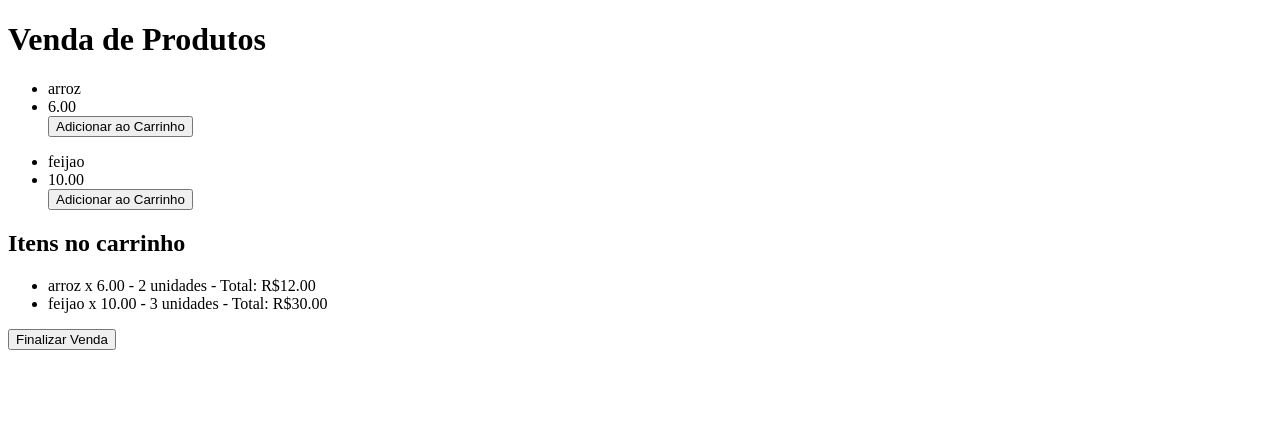
Repository: joaobatistafrontend/test-venda
Page: http://localhost/
The author's editor kept a copy of each file at every save. The page is drawn from the files as they stood at one save, then again after the next save.
The browser window is 1280 px wide. The pictures show the whole page.
The page is served by the project's application, run on Django 4.2 (manage.py). Other server files are loaded and not shown. The page reads the database file committed with the project. Queries for data that is not in the repository find no rows.

Above is the page before, as saved 2024-09-23 01:10:48.

### templates/venda.html
<!DOCTYPE html>
<html lang="en">
<head>
    <meta charset="UTF-8">
    <meta name="viewport" content="width=device-width, initial-scale=1.0">
    <title>Venda de Produtos</title>
</head>
<body>
    <h1>Venda de Produtos</h1>

    <!-- Exibição dos produtos disponíveis -->
    {% for p in produtos %}
        <ul>
            <li>{{ p.nome }}</li>
            <li>{{ p.valor }}</li>

            <!-- Formulário para adicionar o produto ao carrinho -->
            <form action="" method="post">
                {% csrf_token %}
                <input type="hidden" name="produto_id" value="{{ p.id }}">
                <button class="btn btn-primary" type="submit">Adicionar ao Carrinho</button>
            </form>
        </ul>
    {% endfor %}

    <!-- Exibição do conteúdo do carrinho -->
    <h2>Itens no carrinho</h2>
    <ul>
        {% for item in item %}
            <li>{{ item.produto }} - {{ item.quantidade }} unidades - Total: R${{ item.preco_total }}</li>
        {% endfor %}
        <p>{{total}}</p>
    </ul>

    <!-- Botão para finalizar a venda -->
    <form action="{% url 'finalizar_venda' %}" method="post">
        {% csrf_token %}
        <button type="submit" class="btn btn-success">Finalizar Venda</button>
    </form>

</body>
</html>

### core/models.py
from django.db import models
from django.db.models import Max
from decimal import Decimal
from django.db.models.signals import pre_save
from django.dispatch import receiver
from datetime import date
from django.utils import timezone


class NovaCategoria(models.Model):
    nome = models.CharField(max_length=100)
    def __str__(self) -> str:
        return f'{self.nome}'


class Produto(models.Model):
    nome = models.CharField(max_length=100, blank=True, null=True)
    valor = models.DecimalField(max_digits=10, decimal_places=2, blank=True, null=True)
    tipo_categoria = models.ForeignKey(NovaCategoria, on_delete=models.CASCADE)

    def __str__(self):
        return f"{self.nome} x {self.valor}"


class ItemDoCarrinho(models.Model):
    produto = models.ForeignKey(Produto, on_delete=models.CASCADE)
    quantidade = models.PositiveIntegerField(default=0)
    preco_total = models.DecimalField(max_digits=10, decimal_places=2, null=True, blank=True)

    def save(self, *args, **kwargs):
        # Calcula o preço total do item no carrinho com base no valor do produto
        self.preco_total = self.produto.valor * self.quantidade
        super(ItemDoCarrinho, self).save(*args, **kwargs)

    def __str__(self):
        return f"{self.quantidade} x {self.produto.nome}"

class Carrinho(models.Model):

    produto = models.ForeignKey(Produto, on_delete=models.CASCADE)
    quantidade = models.IntegerField(default=1)

    def save(self, *args, **kwargs):
        # Calcula o preço total do item no carrinho com base no valor do produto
        self.preco_total = self.produto.valor * self.quantidade
        super(Carrinho, self).save(*args, **kwargs)

    def __str__(self):
        return f"{self.quantidade} x {self.produto.nome}"


class Venda(models.Model):
    numero_venda = models.IntegerField()
    data_venda = models.DateField(default=date.today)

    def __str__(self):
        return f"Venda #{self.numero_venda} - {self.data_venda}"


class VendaDoProduto(models.Model):
    venda = models.ForeignKey(Venda, on_delete=models.CASCADE, related_name='itens', blank=True, null=True)
    produto = models.ForeignKey(Produto, on_delete=models.CASCADE)
    qtd = models.IntegerField(blank=True, null=True)
    data_venda = models.DateField()  # Remova auto_now_add=True
    total = models.DecimalField(max_digits=10, decimal_places=2, blank=True, null=True)

    def __str__(self):
        return f"Venda {self.venda} - Produto {self.produto.nome} - {self.qtd} unidades - Total: R${self.total} - Data {self.data_venda}"




# Função que será chamada antes de salvar uma instância de VendaDoProduto
@receiver(pre_save, sender=VendaDoProduto)
def update_total(sender, instance, **kwargs):
    # Verifica se o produto e a quantidade não são nulos e calcula o total
    if instance.produto.valor and instance.qtd:
        instance.total = instance.produto.valor * instance.qtd
    else:
        instance.total = 0  # Define total como 0 se valor ou qtd forem nulos

### core/venda.py
from django.shortcuts import render, redirect
from django.views.generic import TemplateView
from .models import Produto, Carrinho, ItemDoCarrinho, Venda, VendaDoProduto
from django.utils import timezone
from django.db.models import Max

class VendaView(TemplateView):
    template_name = 'venda.html'

    def get(self, request):
        produtos = Produto.objects.all()
        carrinho = Carrinho.objects.all()  # Pega os itens do carrinho
        item = ItemDoCarrinho.objects.all()

        total = sum(item.produto.valor * item.quantidade for item in carrinho)

        vendas = VendaDoProduto.objects.all()

        return render(request, self.template_name, {'produtos': produtos, 'carrinho': carrinho, 'item' : item, 'vendas' : vendas})

    def post(self, request):
        # Quando o botão "Adicionar ao Carrinho" for pressionado
        produto_id = request.POST.get('produto_id')
        produto = Produto.objects.get(id=produto_id)

        # Adiciona ou atualiza o produto no carrinho
        carrinho_item, created = ItemDoCarrinho.objects.get_or_create(produto=produto)
        if not created:
            carrinho_item.quantidade += 1  # Incrementa a quantidade se o item já estiver no carrinho
        carrinho_item.save()

        # Redireciona para a mesma página após adicionar o produto
        return redirect('venda')

# Função para finalizar a venda e criar a instância de Venda e VendaDoProduto
def finalizar_venda(request):
    itens_do_carrinho = ItemDoCarrinho.objects.all()

    if itens_do_carrinho.exists():
        # Criar uma nova venda
        nova_venda = Venda.objects.create(numero_venda=get_proximo_numero_venda(), data_venda=timezone.now())

        # Para cada item no carrinho, cria um VendaDoProduto
        for item in itens_do_carrinho:
            VendaDoProduto.objects.create(
                venda=nova_venda,
                produto=item.produto,
                qtd=item.quantidade,
                data_venda=timezone.now(),
                total=item.preco_total
            )

        # Limpa o carrinho após a venda
        itens_do_carrinho.delete()

    return redirect('venda')  # Redireciona para uma página de sucesso

def get_proximo_numero_venda():
    ultima_venda = Venda.objects.aggregate(Max('numero_venda'))
    proximo_numero = (ultima_venda['numero_venda__max'] or 0) + 1
    return proximo_numero

### venda/urls.py
"""
URL configuration for venda project.

The `urlpatterns` list routes URLs to views. For more information please see:
    https://docs.djangoproject.com/en/4.2/topics/http/urls/
Examples:
Function views
    1. Add an import:  from my_app import views
    2. Add a URL to urlpatterns:  path('', views.home, name='home')
Class-based views
    1. Add an import:  from other_app.views import Home
    2. Add a URL to urlpatterns:  path('', Home.as_view(), name='home')
Including another URLconf
    1. Import the include() function: from django.urls import include, path
    2. Add a URL to urlpatterns:  path('blog/', include('blog.urls'))
"""
from django.contrib import admin
from django.urls import path, include

urlpatterns = [
    path('admin/', admin.site.urls),
    path('', include('core.urls')),
]

### core/urls.py
from django.urls import path
from .views import *
from .venda import *

urlpatterns = [
    path('i', VendaView.as_view(), name='venda'),
    path('', VendaView.as_view(), name='venda'),
    path('finalizar/', finalizar_venda, name='finalizar_venda'),




    path('adicionar/<int:produto_id>/', adicionar_ao_carrinho, name='adicionar_ao_carrinho'),
    path('add_prod_carrinho/<int:produto_id>/', adicionar_no_carrinho, name='adicionar_no_carrinho'),
    path('remover_prod_carrinho/<int:produto_id>/', remover_do_carrinho, name='remover_do_carrinho'),
    path('remover_todos_do_carrinho/<int:produto_id>/', remover_todos_do_carrinho, name='remover_todos_do_carrinho'),

]

### db.sqlite3 (the tables this page reads, as SQL)
CREATE TABLE "core_itemdocarrinho" ("id" integer NOT NULL PRIMARY KEY AUTOINCREMENT, "quantidade" integer unsigned NOT NULL CHECK ("quantidade" >= 0), "preco_total" decimal NULL, "produto_id" bigint NOT NULL REFERENCES "core_produto" ("id") DEFERRABLE INITIALLY DEFERRED);
INSERT INTO "core_itemdocarrinho" VALUES
(26, 2, 12, 1),
(27, 3, 30, 2);

CREATE TABLE "core_produto" ("id" integer NOT NULL PRIMARY KEY AUTOINCREMENT, "nome" varchar(100) NULL, "valor" decimal NULL, "tipo_categoria_id" bigint NOT NULL REFERENCES "core_novacategoria" ("id") DEFERRABLE INITIALLY DEFERRED);
INSERT INTO "core_produto" VALUES
(1, 'arroz', 6, 1),
(2, 'feijao', 10, 1);

After the next save:
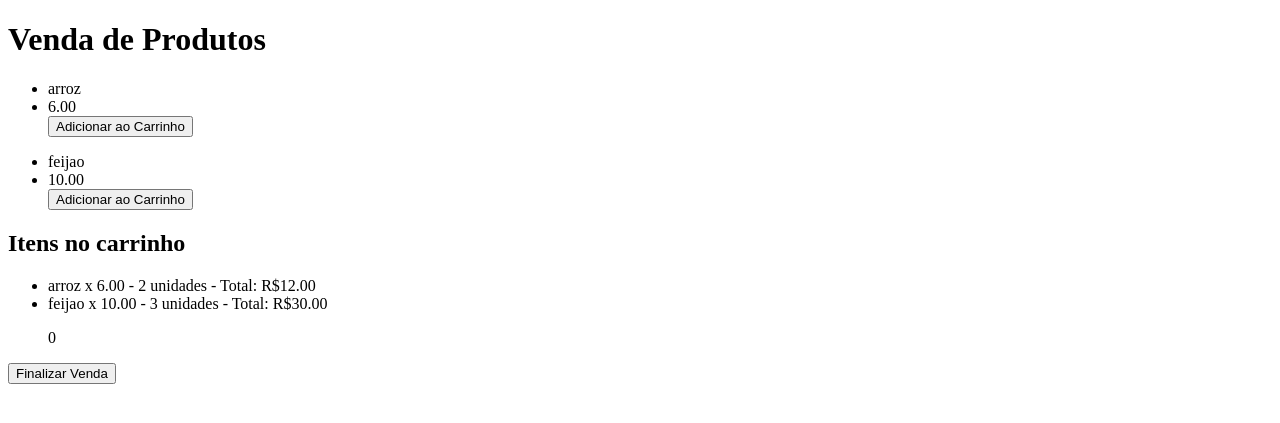
Saved 10 s later.
--- a/core/venda.py
+++ b/core/venda.py
@@ -16,7 +16,7 @@ class VendaView(TemplateView):
 
         vendas = VendaDoProduto.objects.all()
 
-        return render(request, self.template_name, {'produtos': produtos, 'carrinho': carrinho, 'item' : item, 'vendas' : vendas})
+        return render(request, self.template_name, {'produtos': produtos, 'carrinho': carrinho, 'item' : item, 'vendas' : vendas, 'total' : total})
 
     def post(self, request):
         # Quando o botão "Adicionar ao Carrinho" for pressionado
